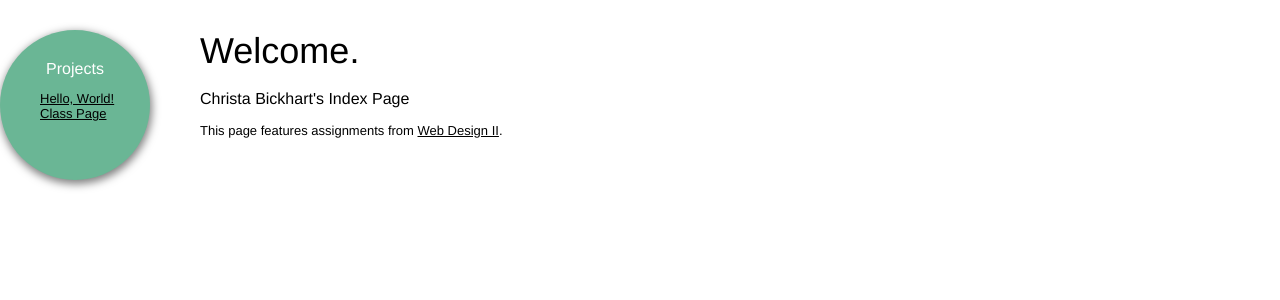
Repository: cbickhar/cbickhar.github.io
Page: index.html
The author's editor kept a record of every edit. The page is drawn from the files as they stood at one moment, then again after the next edit.
The browser window is 1280 px wide. The pictures show the whole page.

Above is the page before.

After the next edit:
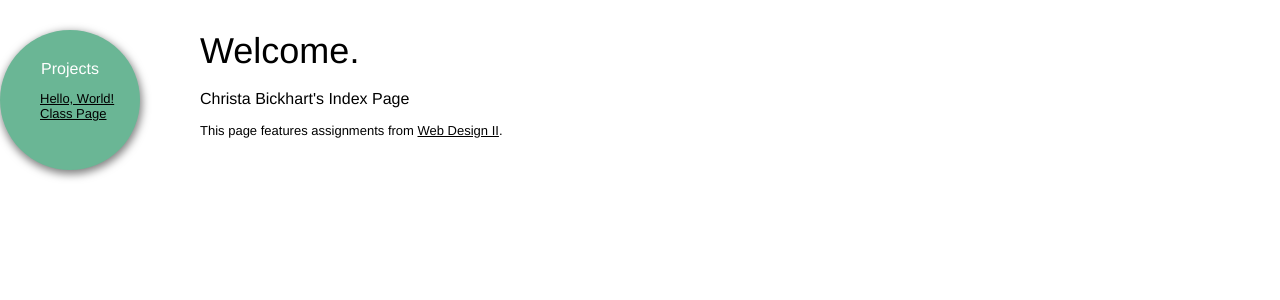
The edit:
--- a/styles.css
+++ b/styles.css
@@ -49,8 +49,8 @@
 	    margin-top: 30px;
 
 
-	    width: 150px;
-    height: 150px;
+	    width: 140px;
+    height: 140px;
     background-color: #6ab695;
     border-radius: 100px;
 
